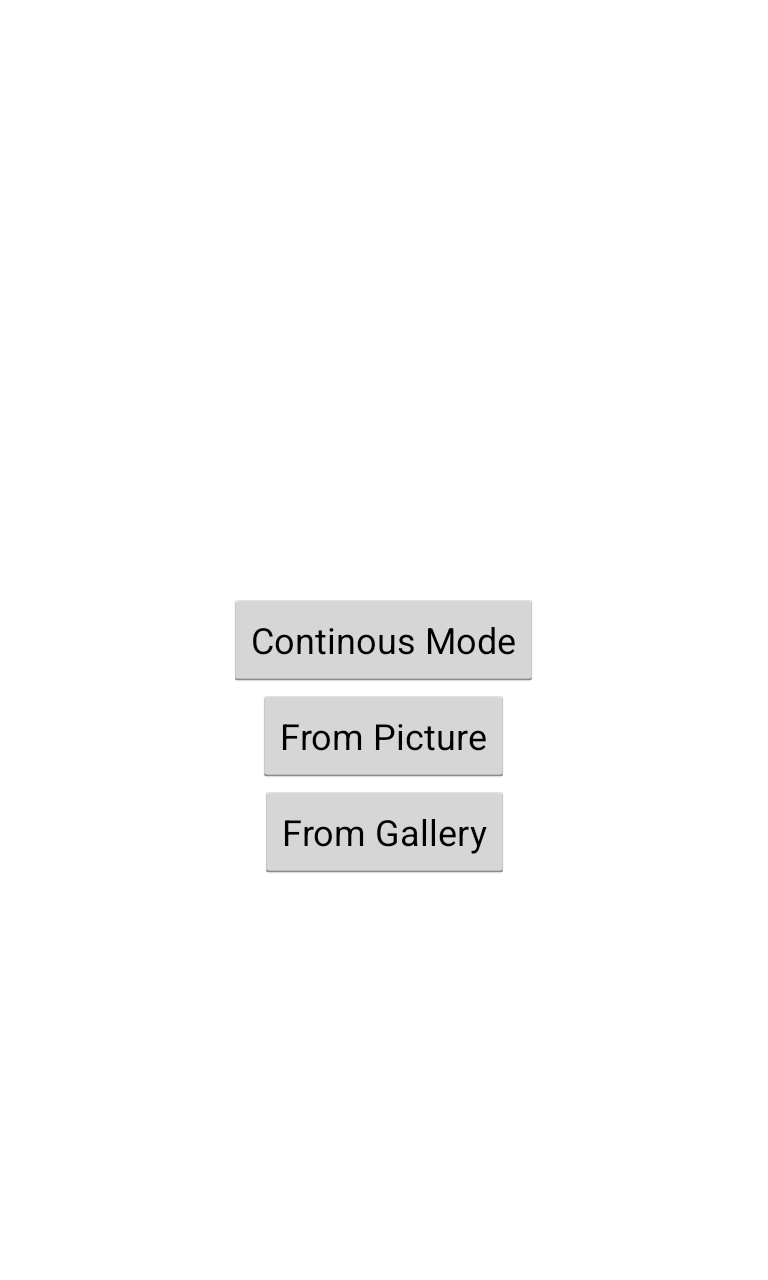
Repository: renatovieira/tcc2013
Layout: TCC/res/layout/activity_filter.xml
The author's editor kept a copy of each file at every save. The layout is drawn from the files as they stood at one save, then again after the next save.
It is drawn on a 768 x 1280 px phone screen (xhdpi) without system bars, with theme AppTheme; the app's code is not run.

Above is the layout before, as saved 2013-07-21 20:17:00.

### TCC/res/layout/activity_filter.xml
<RelativeLayout xmlns:android="http://schemas.android.com/apk/res/android"
    xmlns:tools="http://schemas.android.com/tools"
    android:layout_width="match_parent"
    android:layout_height="match_parent"
    android:paddingBottom="@dimen/activity_vertical_margin"
    android:paddingLeft="@dimen/activity_horizontal_margin"
    android:paddingRight="@dimen/activity_horizontal_margin"
    android:paddingTop="@dimen/activity_vertical_margin"
    tools:context=".FilterActivity" >

    <Button
        android:id="@+id/liveModeButton"
        android:layout_width="wrap_content"
        android:layout_height="wrap_content"
        android:layout_centerHorizontal="true"
        android:layout_centerVertical="true"
        android:text="@string/live_mode" />

    <Button
        android:id="@+id/galleryModeButton"
        android:layout_width="wrap_content"
        android:layout_height="wrap_content"
        android:layout_alignRight="@+id/cameraModeButton"
        android:layout_below="@+id/cameraModeButton"
        android:text="@string/from_gallery" />

    <Button
        android:id="@+id/cameraModeButton"
        android:layout_width="wrap_content"
        android:layout_height="wrap_content"
        android:layout_below="@+id/liveModeButton"
        android:layout_centerHorizontal="true"
        android:text="@string/from_camera" />

</RelativeLayout>

### TCC/res/values/strings.xml
<?xml version="1.0" encoding="utf-8"?>
<resources>

    <string name="app_name">TCC</string>
    <string name="action_settings">Settings</string>

	<!--     FilterActivity -->
    <string name="live_mode">Continous Mode</string>
    <string name="from_gallery">From Gallery</string>
    <string name="from_camera">From Picture</string>

</resources>

Loaded but not shown: TCC/res/values/styles.xml (common file); TCC/res/values-v11/styles.xml (common file); TCC/res/values-v14/styles.xml (common file); TCC/res/values/dimens.xml (common file)

After the next save:
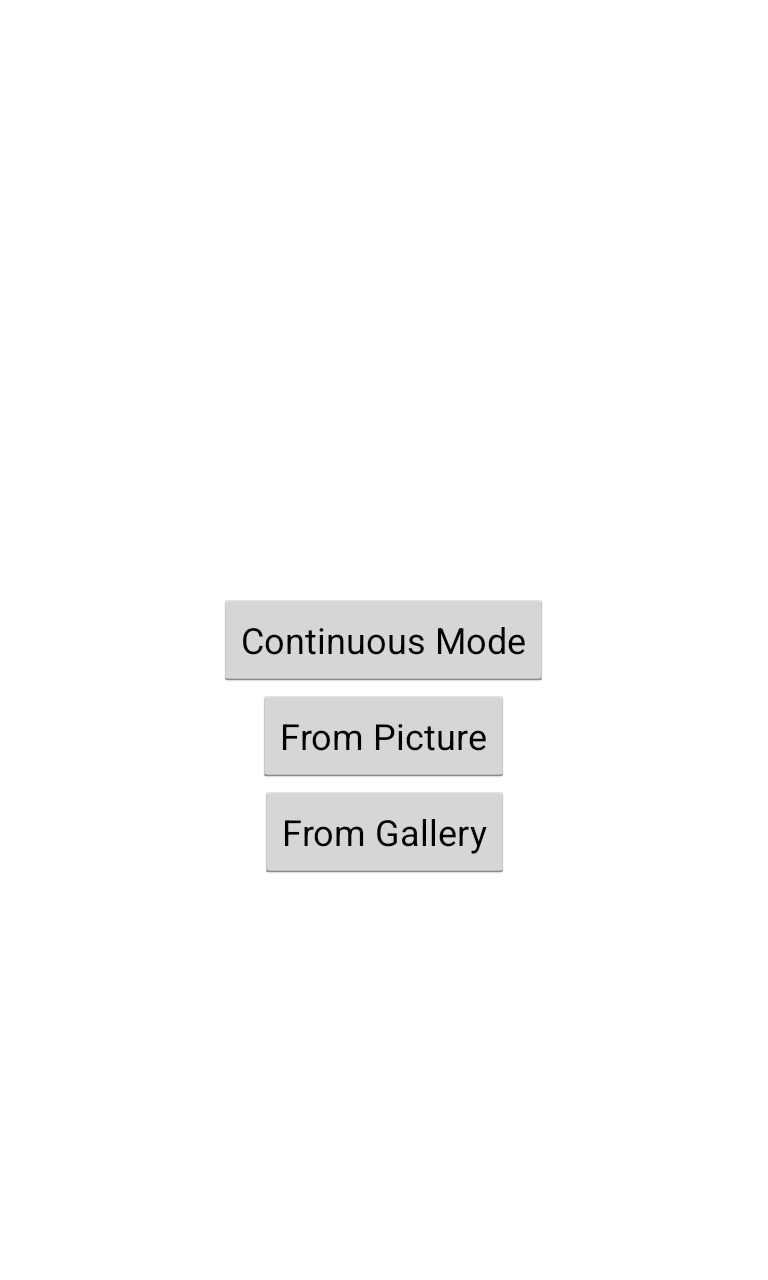
Saved 15 min 5 s later.
--- a/TCC/res/values/strings.xml
+++ b/TCC/res/values/strings.xml
@@ -5,7 +5,7 @@
     <string name="action_settings">Settings</string>
 
 	<!--     FilterActivity -->
-    <string name="live_mode">Continous Mode</string>
+    <string name="live_mode">Continuous Mode</string>
     <string name="from_gallery">From Gallery</string>
     <string name="from_camera">From Picture</string>
 
